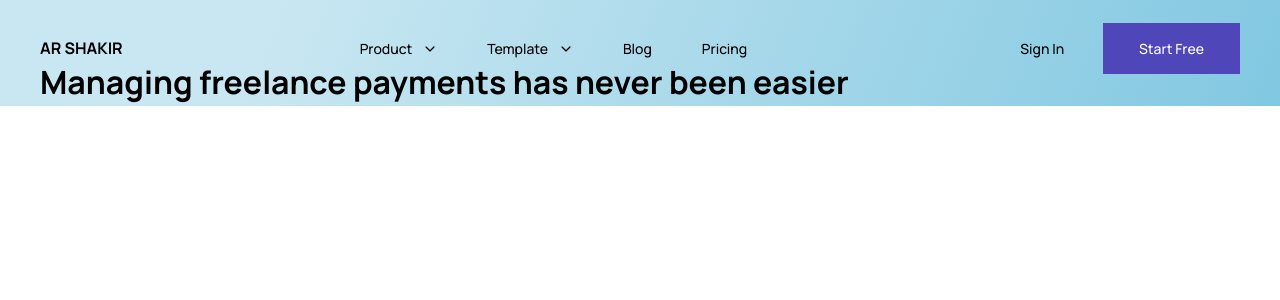
Repository: duongdori/ARShakir
Page: index.html
The author's editor kept a copy of each file at every save. The page is drawn from the files as they stood at one save, then again after the next save.
The browser window is 1280 px wide. The pictures show the whole page.

Above is the page before, as saved 2022-04-01 22:59:52.

After the next save:
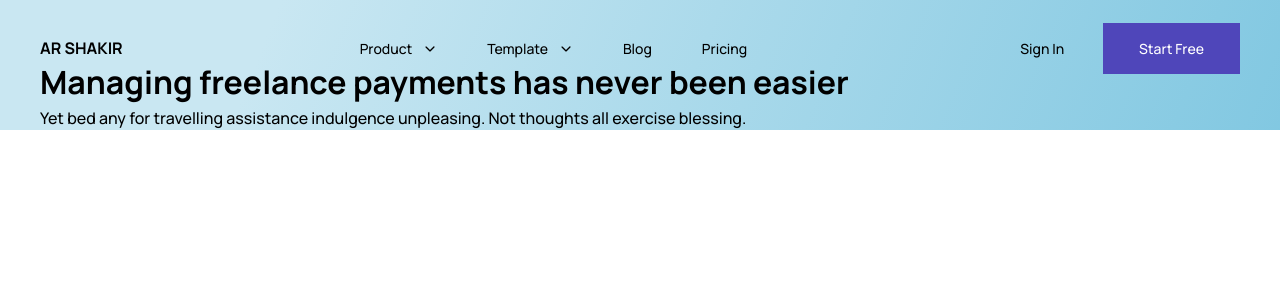
Saved 55 s later.
--- a/index.html
+++ b/index.html
@@ -49,6 +49,9 @@
                         <h1 class="header-content-heading">
                             Managing freelance payments has never been easier
                         </h1>
+                        <p class="header-content-desc">
+                            Yet bed any for travelling assistance indulgence unpleasing. Not thoughts all exercise blessing.
+                        </p>
                     </div>
                 </div>
             </div>
